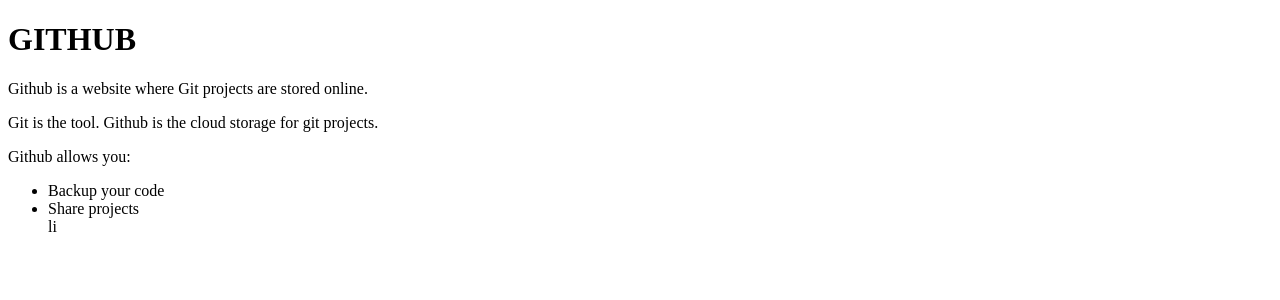
Repository: brownsonjoy1811/GitandGithub
Page: github.html
The author's editor kept a copy of each file at every save. The page is drawn from the files as they stood at one save, then again after a run of saves.
The browser window is 1280 px wide. The pictures show the whole page.

Above is the page before, as saved 2026-06-16 10:53:31.

After the next 2 saves:
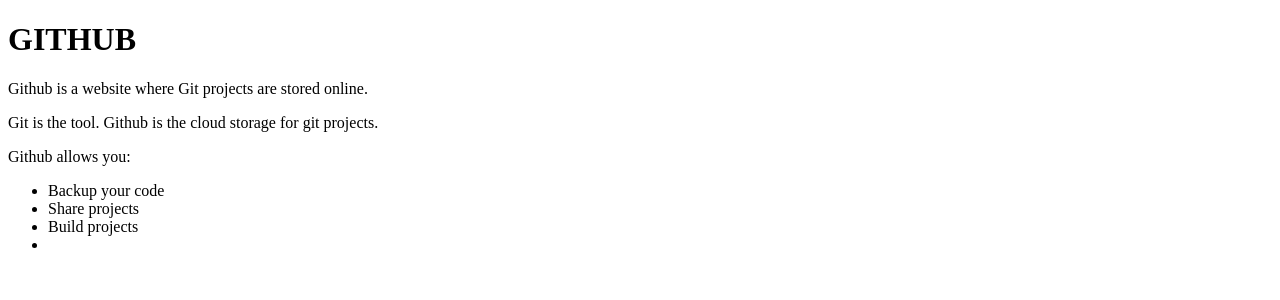
The 2 saves are shown as one change because they came seconds apart.
The last was saved 10 s later.
--- a/github.html
+++ b/github.html
@@ -15,7 +15,8 @@
     <ul>
         <li>Backup your code</li>
         <li>Share projects</li>
-        li
+        <li>Build projects</li>
+        <li></li>
     </ul>
 </body>
 </html>
